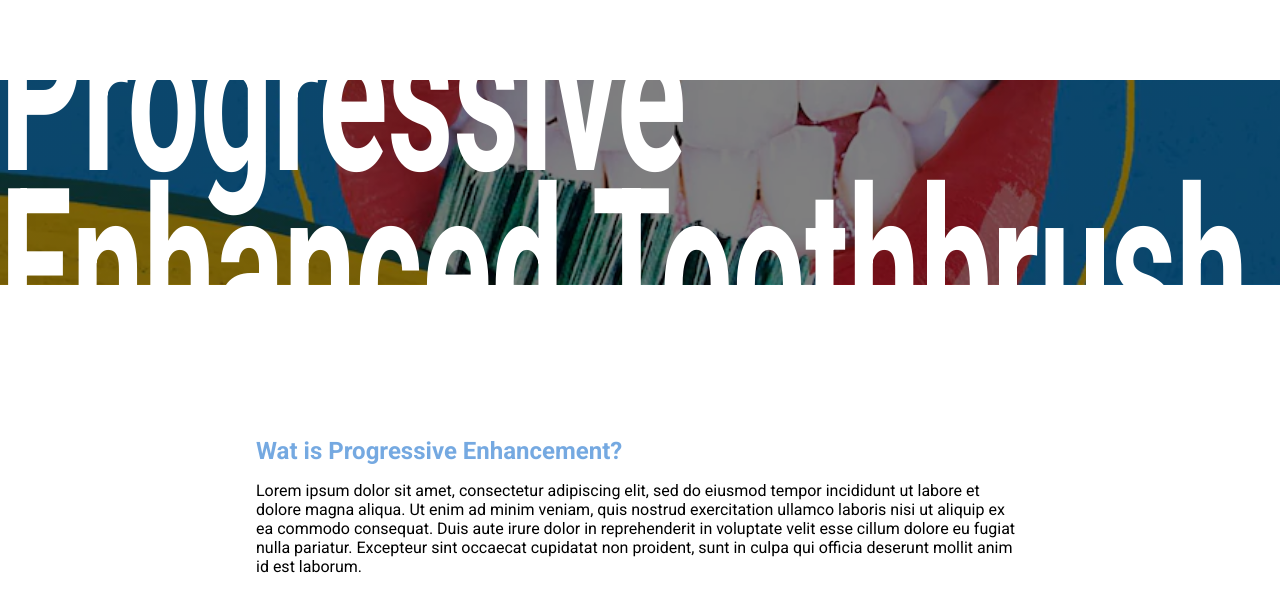
Repository: norakramer1/browser-technologies-2122
Page: progressive-enhanced-toothbrush-main/index.html
The author's editor kept a copy of each file at every save. The page is drawn from the files as they stood at one save, then again after the next save.
The browser window is 1280 px wide. The pictures show the whole page.

Above is the page before, as saved 2022-03-23 12:22:48.

### progressive-enhanced-toothbrush-main/index.html
<!DOCTYPE html>
<html lang="en">
<head>
    <meta charset="UTF-8">
    <meta http-equiv="X-UA-Compatible" content="IE=edge">
    <meta name="viewport" content="width=device-width, initial-scale=1.0">
    <title>Progressive Enhanced Toothbrush</title>
    <link rel="stylesheet" href="style.css">
    <link href="https://fonts.googleapis.com/css2?family=Roboto:ital,wght@0,100;0,300;0,400;0,500;0,700;0,900;1,100;1,300;1,400;1,500;1,700;1,900&display=swap" rel="stylesheet">
</head>
<body>
    <header>
        <h1>Progressive Enhanced Toothbrush</h1>
    </header>
    <main>
        <article>
            <h2>Wat is Progressive Enhancement?</h2>
            <p>Lorem ipsum dolor sit amet, consectetur adipiscing elit, sed do eiusmod tempor incididunt ut labore et dolore magna aliqua. Ut enim ad minim veniam, quis nostrud exercitation ullamco laboris nisi ut aliquip ex ea commodo consequat. Duis aute irure dolor in reprehenderit in voluptate velit esse cillum dolore eu fugiat nulla pariatur. Excepteur sint occaecat cupidatat non proident, sunt in culpa qui officia deserunt mollit anim id est laborum.</p>
        </article>
    </main>

    <script src="script.js"></script>
</body>
</html>

### progressive-enhanced-toothbrush-main/style.css
* {
    padding: 0;
    margin: 0;
    font-family: "Roboto", sans-serif;
}

header {
    background-image: linear-gradient(to bottom, rgba(0,0,0, .5), rgba(0,0,0, .5)),
    url('img/header.webp');
    background-size: cover;
    background-position: center;
    background-repeat: no-repeat;
    width: 100vw;
}

h1 {
    color: white;
    font-size: 10vw;
    transform: scaleY(1.7);
    line-height: .8;
    margin: 5rem 0 4.5rem 0;
}

main {
    padding: 5rem 20vw;
}

h2 {
    color: #75A9E1;
    margin-bottom: 1rem;
}

Loaded but not shown: progressive-enhanced-toothbrush-main/script.js (no stored copy; drawn as an empty file)

After the next save:
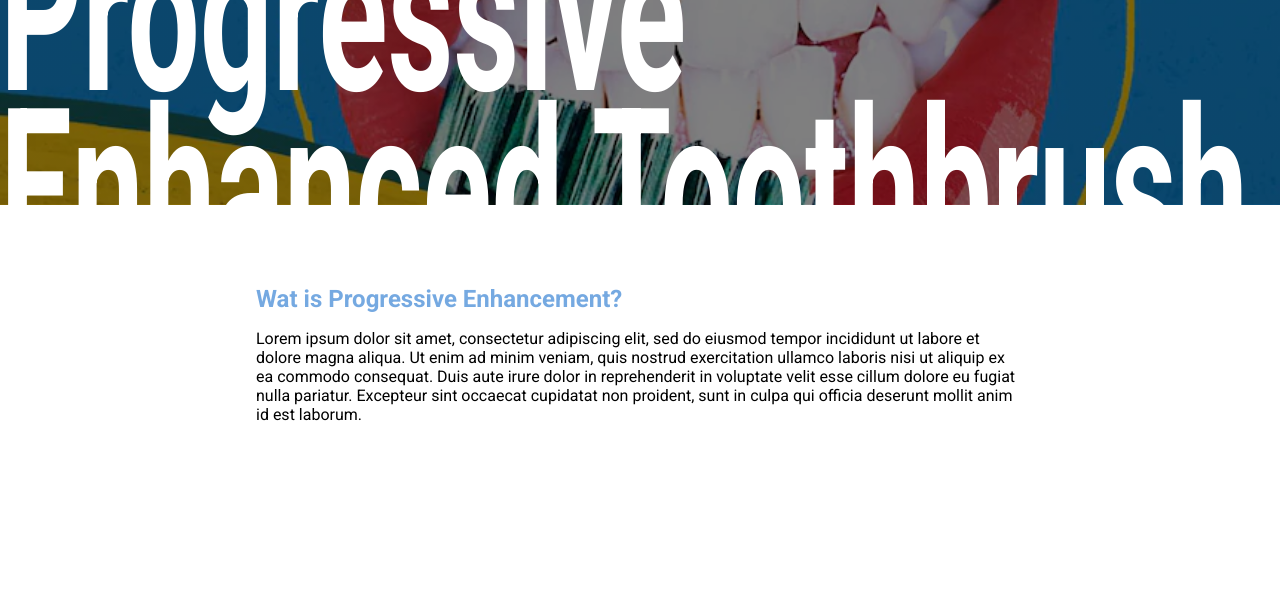
Saved 12 s later.
--- a/progressive-enhanced-toothbrush-main/style.css
+++ b/progressive-enhanced-toothbrush-main/style.css
@@ -18,7 +18,7 @@ h1 {
     font-size: 10vw;
     transform: scaleY(1.7);
     line-height: .8;
-    margin: 5rem 0 4.5rem 0;
+    /* margin: 5rem 0 4.5rem 0; */
 }
 
 main {
